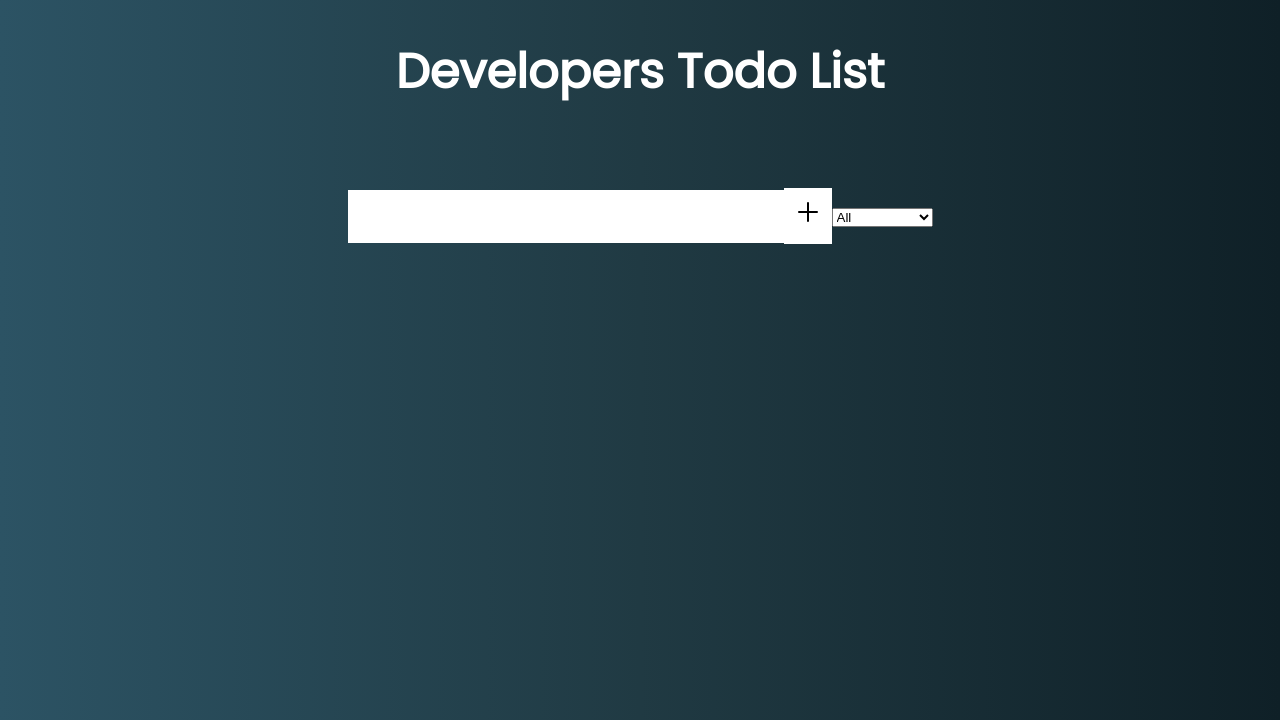
Repository: DevAntonioRogers/Vanilla-TodoList
Page: index.html
The author's editor kept a copy of each file at every save. The page is drawn from the files as they stood at one save, then again after the next save.
The browser window is 1280 px wide. The pictures show the whole page.

Above is the page before, as saved 2023-05-12 01:12:01.

After the next save:
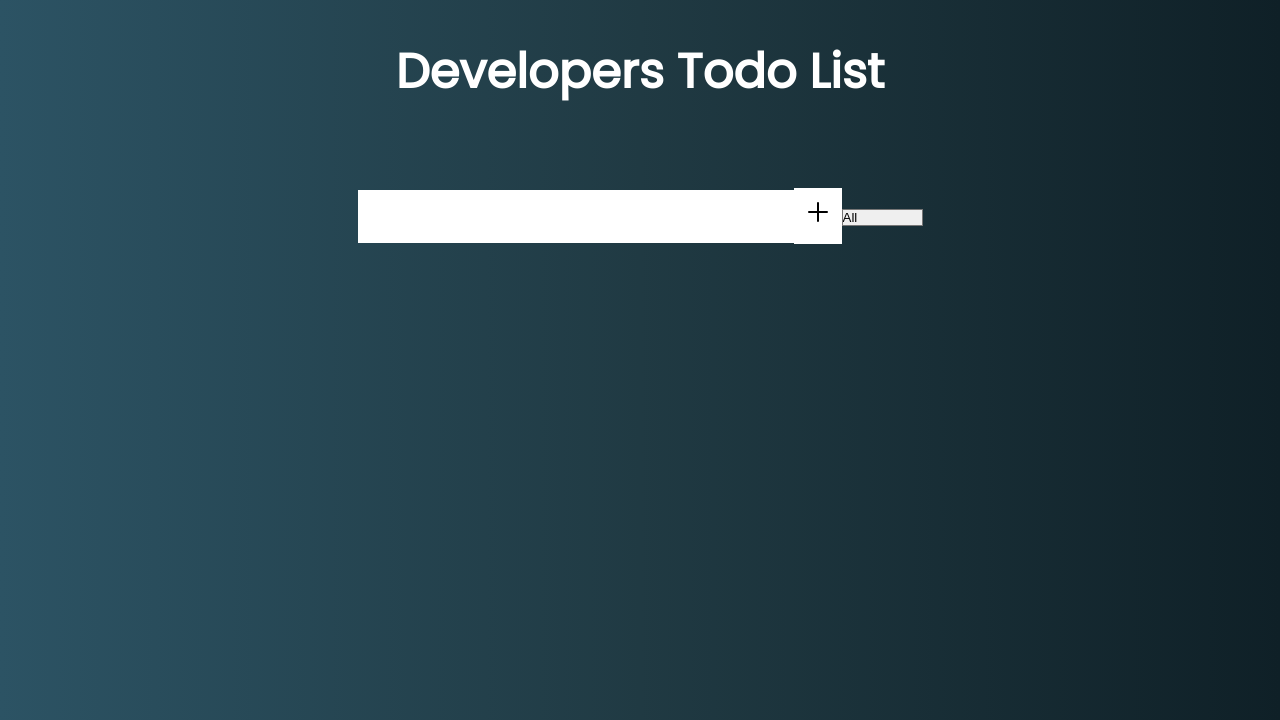
Saved 49 s later.
--- a/style.css
+++ b/style.css
@@ -92,3 +92,7 @@ form button {
   transform: translateY(8rem) rotateZ(20deg);
   opacity: 0;
 }
+
+select {
+  -webkit-appearance: none;
+}
